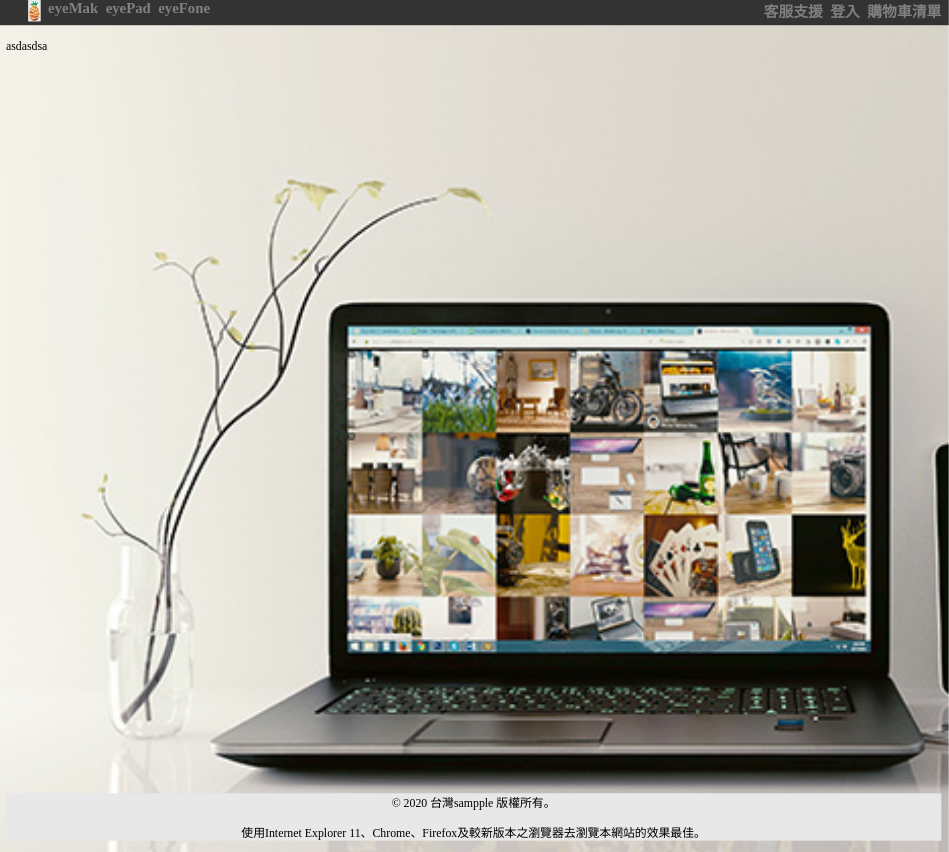
Repository: Vincent4142/NewFinalProject
Page: http://localhost/FinalProject/
An editor plug-in stored every save of this project. The page is shown before and after the next save, followed by the edit.
The browser window is 1280 px wide. The page is 1282 px wide, so the pictures cover 1282 px, including what lies to the right of the window. The pictures show the whole page, at 74% of full size.
The page is served by Tomcat 9. Other server files are loaded and not shown.

Above is the page before, as saved 2020-04-09 05:53:03.

### FinalProject/WebContent/index.jsp
<%@ page language="java" contentType="text/html; charset=UTF-8"
    pageEncoding="UTF-8"%>

<!DOCTYPE html>
<html>
<head>
<meta charset="UTF-8">
<title>index</title>
<style type="text/css">

	body{
		background-image: url(img/indexbackground.jpg);
		background-repeat: no-repeat;
    	background-size: cover;
	}

</style>
</head>
<body>

<%@ include file="fragment/indexTOP.jsp" %>



asdasdsa



<%@ include file="fragment/indexBOTTOM.jsp" %>
</body>
</html>

### FinalProject/WebContent/fragment/indexTOP.jsp
<%@ page language="java" contentType="text/html; charset=UTF-8"
	pageEncoding="UTF-8"%>
<!DOCTYPE html>
<html>
<head>
<meta charset="UTF-8">
<title>indexTOP</title>

<style type="text/css">
.nav {
	margin-top: -20px;
	margin-left: -10px;
	margin-right: -10px;
	background-color: black;
}
/* 主UL */
.navul {
	background: rgba(255, 255, 255, 0.2);
	list-style-type: none;
	font-weight: bolder;
	font-size: 20px;
	overflow: auto;
}

.navul li {
	border-radius: 5px;
	margin-left: 0px;
	margin-right: 10px;
	float: left;
	display: block;
	position: static;
}

.navul li a {
	text-decoration: none;
	color: gray;
}

.navul li a:hover {
	color: white;
}

#navright {
	float: right;
}
</style>

</head>
<body>

	<nav class="nav" style="text-align: center;">

		<ul class="navul">
			<li><a href="index.jsp"><img alt="logo" src="img/pineapple.jpg"></a></li>
			<li><a href="eyeMakPage.jsp">eyeMak</a></li>
			<li><a href="eyePadPage.jsp">eyePad</a></li>
			<li><a href="eyeFonePage.jsp">eyeFone</a></li>

			<div id="navright">
				<li><a href="customerServicePage.jsp">客服支援</a></li>
				<li><a href="LoginPage.jsp">登入</a></li>
				<li><a href="shoppingcartPage.jsp">購物車清單</a></li>
			</div>
		</ul>

	</nav>

</body>
</html>

### FinalProject/WebContent/fragment/indexBOTTOM.jsp
<%@ page language="java" contentType="text/html; charset=UTF-8"
    pageEncoding="UTF-8"%>
<!DOCTYPE html>
<html>
<head>
<meta charset="UTF-8">
<title>indexBOTTOM</title>

<style type="text/css">

	#bottom{
		background-color:#E8E8E8;
		text-align: center;
		margin-top: 1000px;

	}

</style>

</head>
<body>
	<div id="bottom">
		<p>© 2020 台灣sampple 版權所有。</p>

		<p>使用Internet Explorer 11、Chrome、Firefox及較新版本之瀏覽器去瀏覽本網站的效果最佳。</p>
	</div>
</body>
</html>

After the next save:
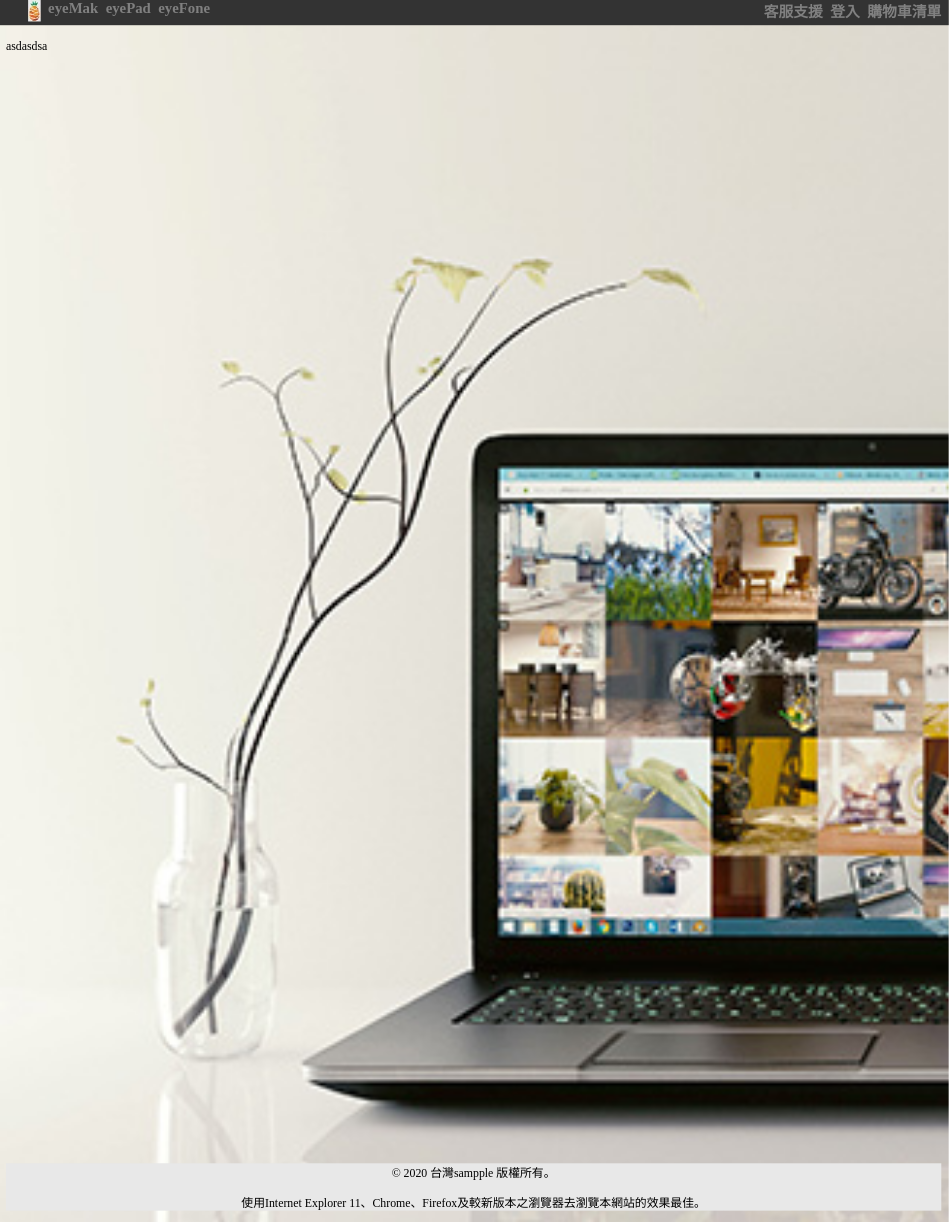
Saved 118 s later.
--- a/FinalProject/WebContent/fragment/indexBOTTOM.jsp
+++ b/FinalProject/WebContent/fragment/indexBOTTOM.jsp
@@ -11,7 +11,7 @@
 	#bottom{
 		background-color:#E8E8E8;
 		text-align: center;
-		margin-top: 1000px;
+		margin-top: 1500px;
 
 	}
 
